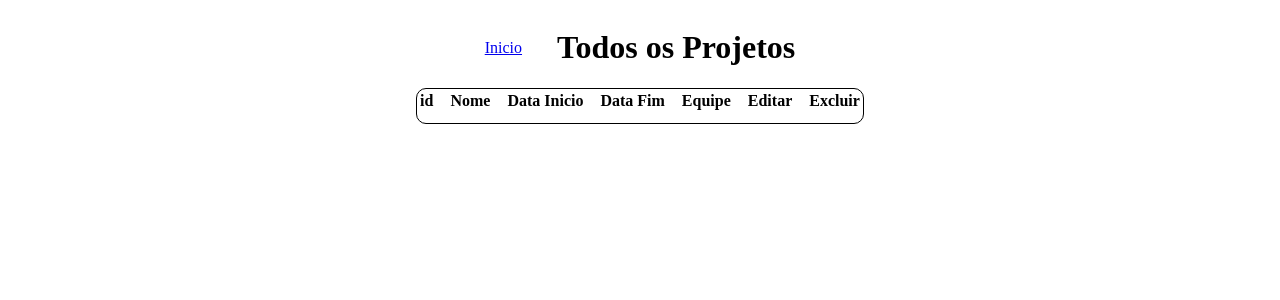
Repository: OmagnetFirel/basico-javaweb
Page: http://localhost/DEVManager/ListarTodosProjetos?np=/read/listarProjetos.jsp
An editor plug-in stored every save of this project. The page is shown before and after the next save, followed by the edit.
The browser window is 1280 px wide. The pictures show the whole page.
The page is served by Tomcat 9. Other server files are loaded and not shown. Queries for data that is not in the repository find no rows.

Above is the page before, as saved 2023-04-23 20:18:03.

### DEVManager/src/main/webapp/read/listarProjetos.jsp
<%@ page language="java" contentType="text/html; charset=ISO-8859-1"
    pageEncoding="ISO-8859-1"%>
    <%@ taglib uri="http://java.sun.com/jsp/jstl/core" prefix="c" %>
<!DOCTYPE html>
<html>
<head>
<meta charset="ISO-8859-1">
<title>DM - Todos os projetos</title>
</head>
<body  style="display:flex; justify-content:center; align-items:center; flex-direction:column;">
	<div style="display:flex; justify-content:center; align-items:center; column-gap: 35px">
		<a href="index.html">Inicio</a>
		<h1>Todos os Projetos</h1>
	</div>

	<table  style="flex:1; border: 1px solid black; border-radius: 10px;">
		<tr style="margin-bottom:10px; display:flex; flex-direction:row; column-gap: 15px;">
			<th>id</th>
			<th>Nome</th>
			<th>Data Inicio</th>
			<th>Data Fim</th>
			<th>Equipe</th>
			<th>Editar</th>
			<th>Excluir</th>
		</tr>
		<c:forEach var="projeto" items="${projetos}">
			<tr style="margin-bottom:5px; display:flex; flex-direction:row; column-gap: 15px; border-bottom: 1px solid blue;">
				<td style="width:20px">
					${projeto.id}
				</td>
				<td style="width:60px">
					${projeto.nome}
				</td>
				<td style="width:30px">
					${projeto.dataInicio}
				</td>
				<td style="width:30px">
					${projeto.dataFim}
				</td>
				<td style="width:40px">
					${projeto.equipe.nome}
				</td>
				<td style="background-color:#fffec8">
					<a href="../PreparaEditarProjeto?id=${projeto.id}" >
						editar
					</a>
				</td>
				<td style="background-color:#ffcccb ">
					<a href="../PreparaEditarProjeto?id=${projeto.id}" >
						excluir
					</a>
				</td>
			</tr>
		</c:forEach>
	</table>
</body>
</html>

### DEVManager/src/main/java/br/devmanager/controller/ListarTodosProjetos.java
package br.devmanager.controller;

import java.io.IOException;
import java.sql.SQLException;
import java.util.List;

import javax.servlet.RequestDispatcher;
import javax.servlet.ServletException;
import javax.servlet.annotation.WebServlet;
import javax.servlet.http.HttpServlet;
import javax.servlet.http.HttpServletRequest;
import javax.servlet.http.HttpServletResponse;

import br.devmanager.dao.ProjetoDao;
import br.devmanager.model.Projeto;


@WebServlet("/ListarTodosProjetos")
public class ListarTodosProjetos extends HttpServlet {
	private static final long serialVersionUID = 1L;

    public ListarTodosProjetos() {
        super();
    }


	protected void doGet(HttpServletRequest request, HttpServletResponse response) throws ServletException, IOException {
		ProjetoDao pjDAO = new ProjetoDao();
		List<Projeto> projetos = null;
		try {
			projetos = pjDAO.buscarTodos();
		} catch (SQLException e) {
			e.printStackTrace();
		}

		String np = request.getParameter("np");
		request.setAttribute("projetos", projetos);
		RequestDispatcher rd = request.getRequestDispatcher(np);
		rd.forward(request, response);
	}


	protected void doPost(HttpServletRequest request, HttpServletResponse response) throws ServletException, IOException {
		doGet(request, response);
	}

}

### DEVManager/src/main/java/br/devmanager/dao/ProjetoDao.java
package br.devmanager.dao;
import java.util.List;
import java.util.ArrayList;
import java.sql.Connection;
import java.sql.PreparedStatement;
import java.sql.ResultSet;
import java.sql.SQLException;

import br.devmanager.model.Projeto;

public class ProjetoDao {
	private Connection con = null;

	public ProjetoDao() {
		con = ConnectionFactory.getConnection();
	}

	public void adicionar(Projeto projeto) throws SQLException {
		String sql = "insert into projeto(nome, data_inicio, data_fim, equipe_id) values (?,?,?,?)";
		PreparedStatement stmt = con.prepareStatement(sql);

		java.sql.Date data_inicio_Convertida = null;
		try {
			data_inicio_Convertida = new java.sql.Date(projeto.getDataInicio().getTime());
		}catch (Exception e) {
			// TODO: handle exception
		}

		java.sql.Date data_fim_Convertida = null;
		try {
			data_fim_Convertida = new java.sql.Date(projeto.getDataFim().getTime());
		}catch (Exception e) {
			// TODO: handle exception
		}
		stmt.setString(1, projeto.getNome());
		stmt.setDate(2, data_inicio_Convertida);
		stmt.setDate(3, data_fim_Convertida);
		stmt.setInt(4, projeto.getEquipe().getId());

		stmt.execute();
		stmt.close();
		con.close();
	}

	public Projeto buscarUm(int id) throws SQLException{

		String sql = "select id, nome, data_inicio, data_fim, equipe_id from projeto where id=?";
		PreparedStatement stmt = con.prepareStatement(sql);
		stmt.setInt(1, id);
		ResultSet rs = stmt.executeQuery();

		Projeto projeto = null;

		if(rs.next()) {
			try {
				EquipeDao equipeDao = new EquipeDao();


				projeto = new Projeto(
						rs.getInt("id"),
						rs.getString("nome"),
						rs.getDate("data_inicio"),
						rs.getDate("data_fim"),
						equipeDao.buscarUm(rs.getInt("equipeId"))
						);
			}catch (Exception e) {
				System.out.println("Error: " + e);
			}
		} else {
			System.out.println("Não foi encontrado nem um proje com o id: " + id);
		}
		stmt.close();
		con.close();

		return projeto;

	}

	public List<Projeto> buscarTodos() throws SQLException {
		String sql = "select id, nome, data_inicio, data_fim, equipe_id from projeto";
		PreparedStatement stmt = con.prepareStatement(sql);
		ResultSet rs = stmt.executeQuery();

		List<Projeto> projetos = new ArrayList<Projeto>();
		while(rs.next()) {
			EquipeDao equipeDao = new EquipeDao();

			Projeto projeto = new Projeto(
					rs.getInt("id"),
					rs.getString("nome"),
					rs.getDate("data_inicio"),
					rs.getDate("data_fim"),
					equipeDao.buscarUm(rs.getInt("equipe_id"))
					);

			projetos.add(projeto);
		}

		return projetos;
	}

	public void atualizarDados(Projeto projeto) throws SQLException{
		String sql = "update projeto set"
				+ "nome = ?"
				+ "data_inicio = ?"
				+ "data_fim = ?"
				+ "equipe_id = ?";

		PreparedStatement stmt = con.prepareStatement(sql);

		java.sql.Date data_inicio_Convertida = null;
		try {
			data_inicio_Convertida = new java.sql.Date(projeto.getDataInicio().getTime());
		}catch (Exception e) {
			System.out.println("Erro ao converter data: " + e);
		}

		java.sql.Date data_fim_Convertida = null;
		try {
			data_fim_Convertida = new java.sql.Date(projeto.getDataFim().getTime());
		}catch (Exception e) {
			System.out.println("Erro ao converter data: " + e);
		}

		stmt.setString(1, projeto.getNome());
		stmt.setDate(2, data_inicio_Convertida);
		stmt.setDate(3, data_fim_Convertida);
		stmt.setInt(4, projeto.getEquipe().getId());

		stmt.execute();
		stmt.close();

		con.close();
	}
}

### DEVManager/src/main/java/br/devmanager/dao/ConnectionFactory.java
package br.devmanager.dao;

import java.sql.Connection;
import java.sql.DriverManager;
import java.sql.SQLException;

public class ConnectionFactory {

	public static Connection getConnection() {

		try {
			Class.forName("com.mysql.cj.jdbc.Driver");
		} catch (ClassNotFoundException e1) {
			// TODO Auto-generated catch block
			e1.printStackTrace();
		}


		try {
			return DriverManager.getConnection("jdbc:mysql://localhost:3306/db_star"
					,"root",
					"");
		} catch (SQLException e) {
			System.out.println("trolei aqui");
			e.printStackTrace();
		}
		return null;
	}
}

After the next save:
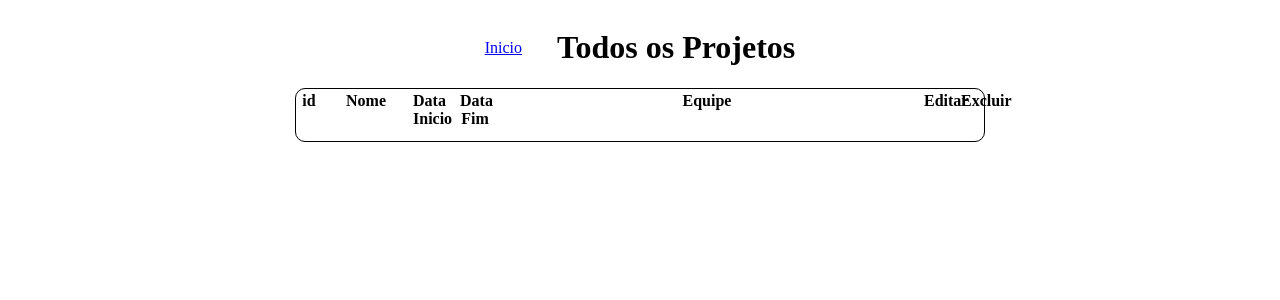
Saved 55 s later.
--- a/DEVManager/src/main/webapp/read/listarProjetos.jsp
+++ b/DEVManager/src/main/webapp/read/listarProjetos.jsp
@@ -15,13 +15,13 @@
 
 	<table  style="flex:1; border: 1px solid black; border-radius: 10px;">
 		<tr style="margin-bottom:10px; display:flex; flex-direction:row; column-gap: 15px;">
-			<th>id</th>
-			<th>Nome</th>
-			<th>Data Inicio</th>
-			<th>Data Fim</th>
-			<th>Equipe</th>
-			<th>Editar</th>
-			<th>Excluir</th>
+			<th style="width:20px">id</th>
+			<th style="width:60px">Nome</th>
+			<th style="width:30px">Data Inicio</th>
+			<th style="width:30px">Data Fim</th>
+			<th style="width:400px">Equipe</th>
+			<th style="width:20px">Editar</th>
+			<th style="width:20px">Excluir</th>
 		</tr>
 		<c:forEach var="projeto" items="${projetos}">
 			<tr style="margin-bottom:5px; display:flex; flex-direction:row; column-gap: 15px; border-bottom: 1px solid blue;">
@@ -40,12 +40,12 @@
 				<td style="width:40px">
 					${projeto.equipe.nome}
 				</td>
-				<td style="background-color:#fffec8">
+				<td style="background-color:#fffec8; width:20px">
 					<a href="../PreparaEditarProjeto?id=${projeto.id}" >
 						editar
 					</a>
 				</td>
-				<td style="background-color:#ffcccb ">
+				<td style="background-color:#ffcccb; width:20px">
 					<a href="../PreparaEditarProjeto?id=${projeto.id}" >
 						excluir
 					</a>
